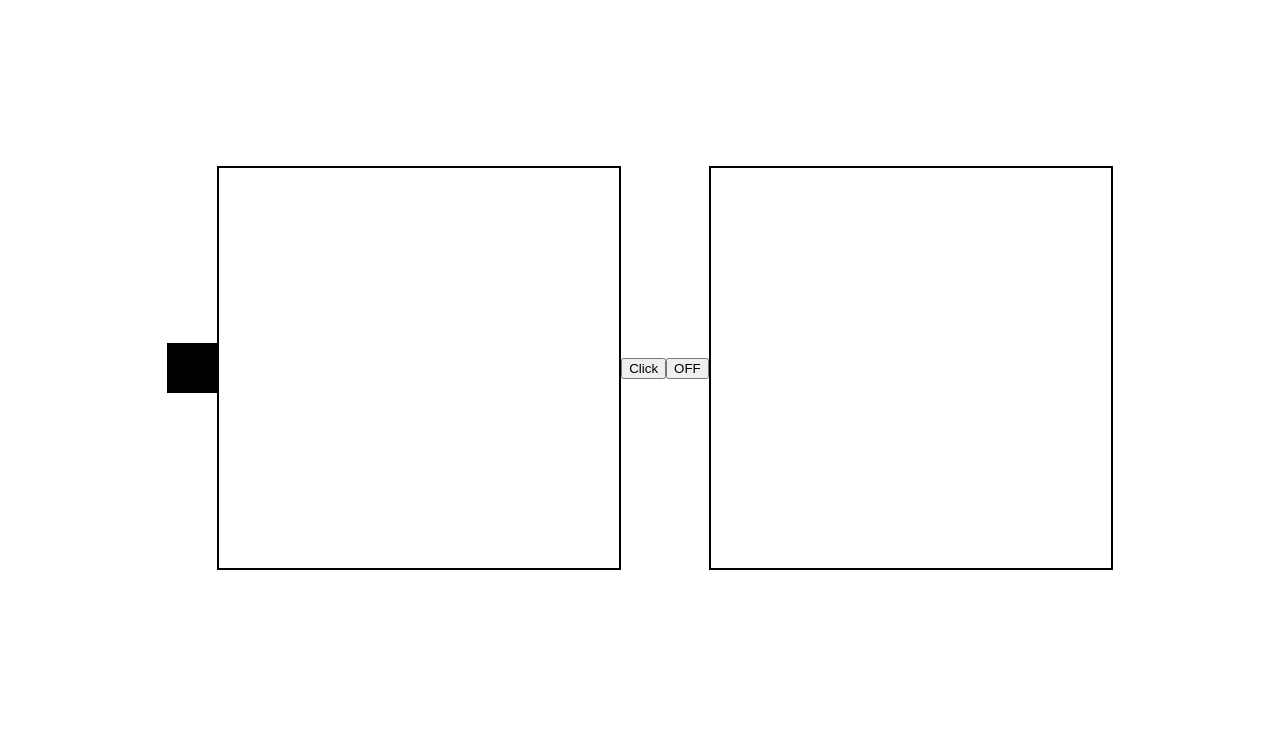
Repository: dmpelaez/photoBoothy
Page: Photobooth.html
These files come from the project's save history. The page is drawn as it stood at one moment and after the next save; the edit follows.
The browser window is 1280 px wide. The pictures show the whole page.

Above is the page before, as saved 2025-12-16 20:57:28.

After the next save:
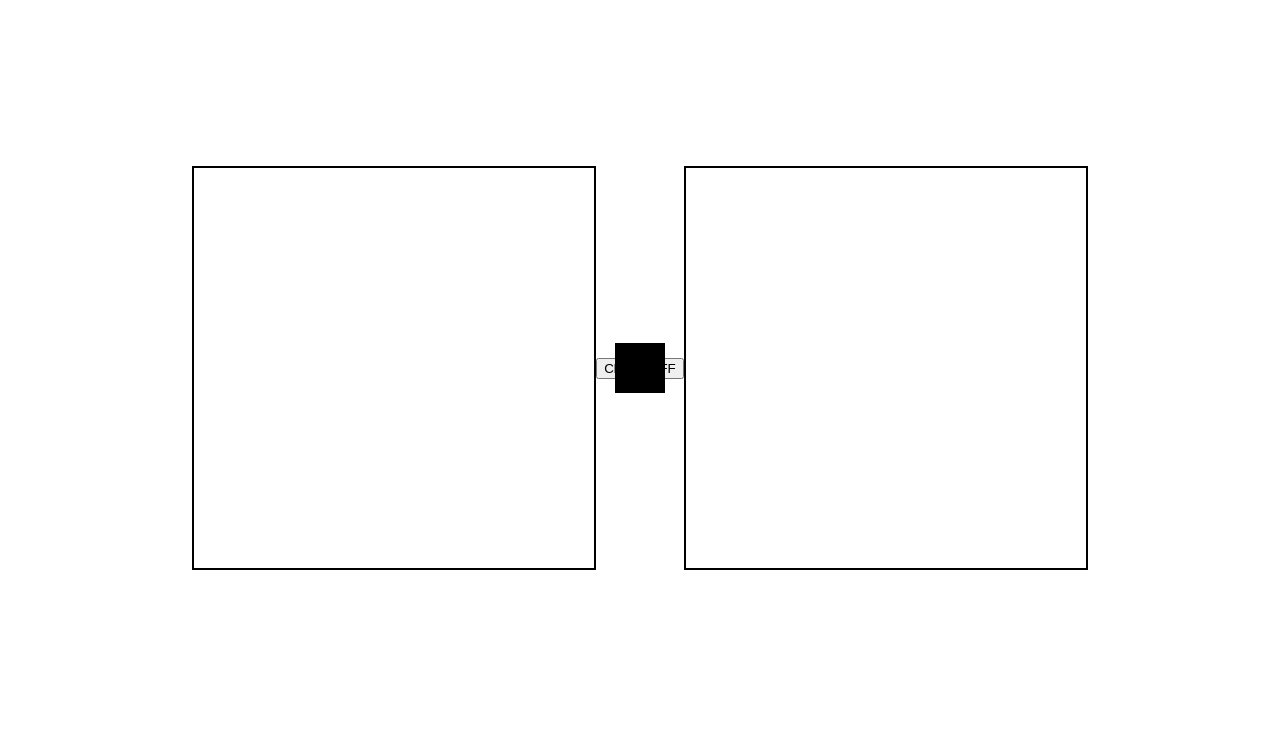
Saved 14 s later.
--- a/Photobooth.css
+++ b/Photobooth.css
@@ -20,6 +20,7 @@ display: initial;
   display: flex;
   align-items: center;
   justify-content: center;
+  position: absolute;
 }
 
 .timerPhoto {
